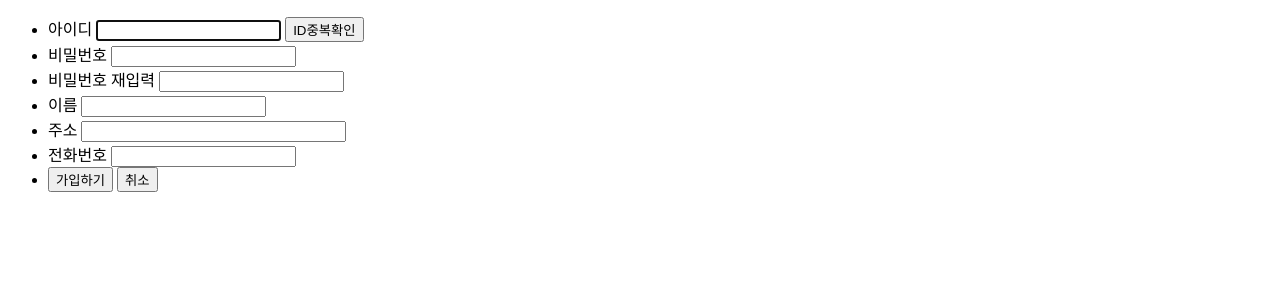
Repository: Tak-kuen/18-2
Page: http://localhost/studyjsp/ch11/registerForm.jsp
The author's editor kept a copy of each file at every save. The page is drawn from the files as they stood at one save, then again after the next save.
The browser window is 1280 px wide. The pictures show the whole page.
The page is served by Tomcat 9.

Above is the page before, as saved 2018-10-31 07:30:45.

After the next save:
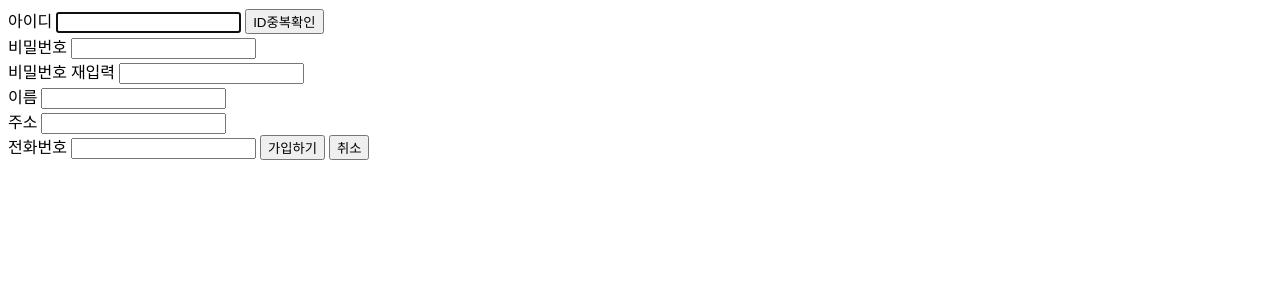
Saved 4 min 38 s later.
--- a/code/studyjsp/WebContent/ch11/registerForm.jsp
+++ b/code/studyjsp/WebContent/ch11/registerForm.jsp
@@ -10,23 +10,24 @@
 </head>
 <body>
 <div id="regForm" class="box">
-	<ul>
-		<li><label for="id">아이디</label>
-		<input id="id" name="id" type="email" size="20" maxlength="50" autofocus>
-		<button id="checkId">ID중복확인</button>
-		<li><label for="passwd">비밀번호</label>
-		<input id="passwd" name="passwd" type="password" size="20" maxlength="16" >
-		<li><label for="repass">비밀번호 재입력</label>
-		<input id="repass" name="repass" type="password" size="20" maxlength="16" >
-		<li><label for="name">이름</label>
-		<input id="name" name="name" type="text" size="20" maxlength="10" >
-		<li><label for="address">주소</label>
-		<input id="address" name="address" type="text" size="30" maxlength="50" >
-		<li><label for="tel">전화번호</label>
-		<input id="tel" name="tel" type="tel" size="20" maxlength="20" >
-		<li class="label2"><button id="process">가입하기</button>
-		<button id="cancel">취소</button>
-	</ul>
+	<label for="id">아이디</label>
+	<input id="id" name="id" type="email" autofocus>
+	<button id="checkId">ID중복확인</button><br/>
+
+	<label for="passwd">비밀번호</label>
+	<input id="passwd" name="passwd" type="password"><br/>
+
+	<label for="repass">비밀번호 재입력</label>
+	<input id="repass" name="repass" type="password"  ><br/>
+	<label for="name">이름</label>
+	<input id="name" name="name" type="text" ><br/>
+	<label for="address">주소</label>
+	<input id="address" name="address" type="text"><br/>
+	<label for="tel">전화번호</label>
+	<input id="tel" name="tel" type="tel" size="20" maxlength="20" >
+	<button id="process">가입하기</button>
+	<button id="cancel">취소</button>
+
 </div>
 </body>
 </html>
